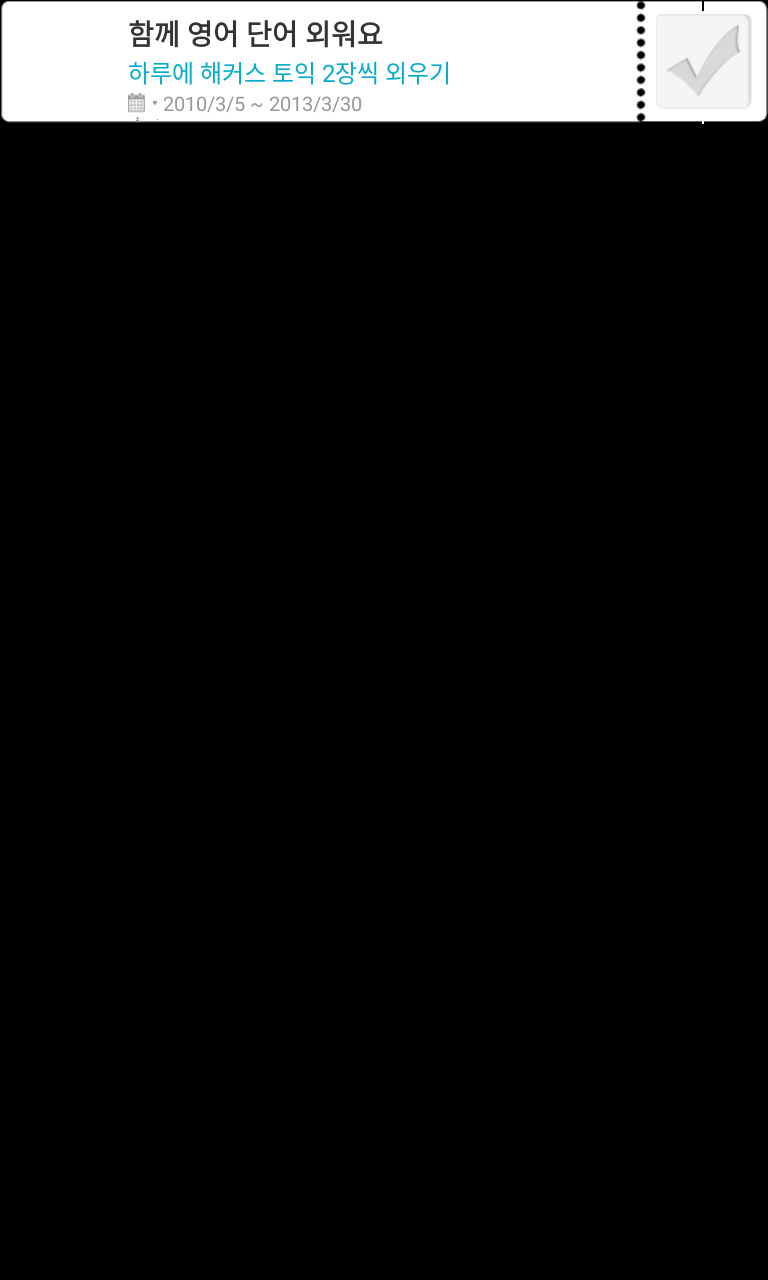
Repository: belhyun/witherest-android
Layout: Witherest/res/layout/mycheck_list_item_row.xml
These files come from the project's save history. The layout is drawn as it stood at one moment and after the next save; the edit follows.
It is drawn on a 768 x 1280 px phone screen (xhdpi) without system bars, with theme android:Theme.Holo; the app's code is not run.

Above is the layout before, as saved 2013-07-06 09:34:45.

After the next save:
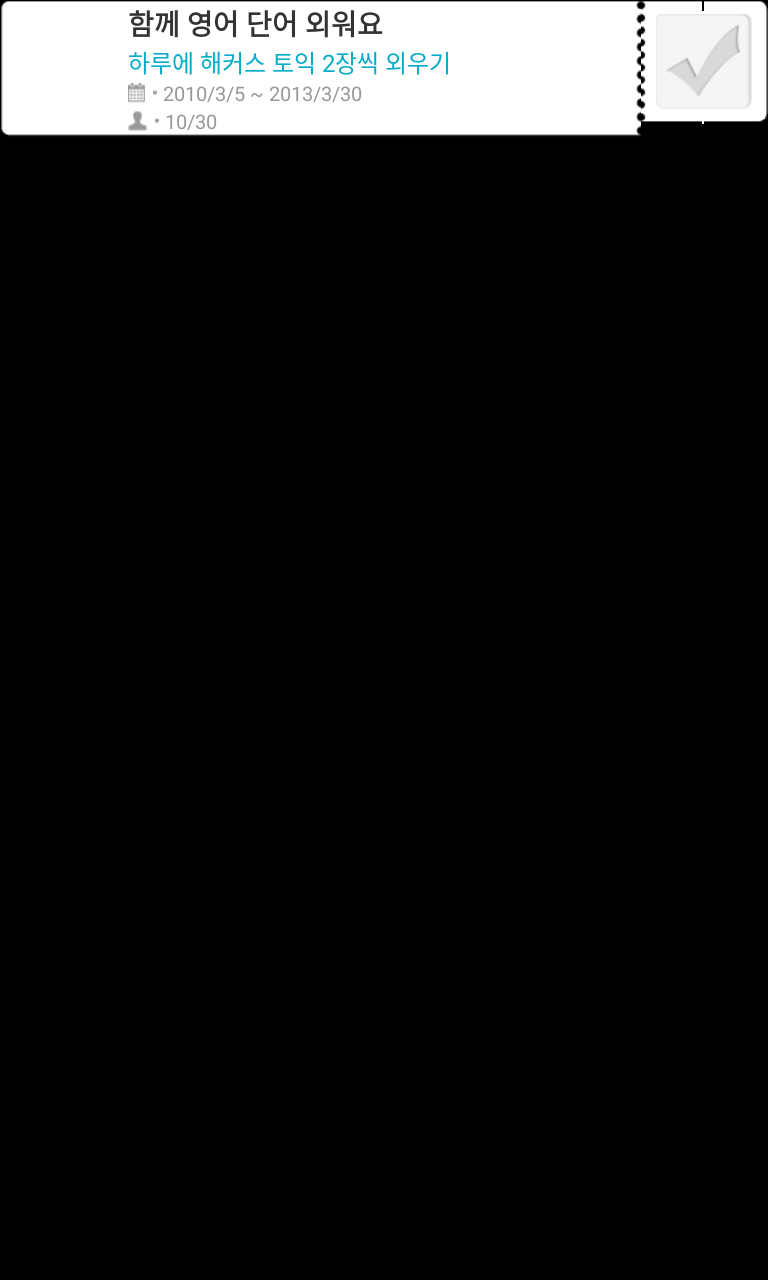
Saved 28 s later.
--- a/Witherest/res/layout/mycheck_list_item_row.xml
+++ b/Witherest/res/layout/mycheck_list_item_row.xml
@@ -8,14 +8,14 @@
     <RelativeLayout
         android:id="@+id/main_contaniner"
         android:layout_width="fill_parent"
-        android:layout_height="fill_parent"
+        android:layout_height="wrap_content"
         android:clickable="true"
         android:padding="0dp" >
 
         <RelativeLayout
             android:id="@+id/mycheck_row_left_contaniner"
             android:layout_width="fill_parent"
-            android:layout_height="62dp"
+            android:layout_height="wrap_content"
             android:layout_toLeftOf="@+id/mycheck_row_right_contaniner"
             android:background="@drawable/mycheck_list_row_on_off"
             android:clickable="true"
